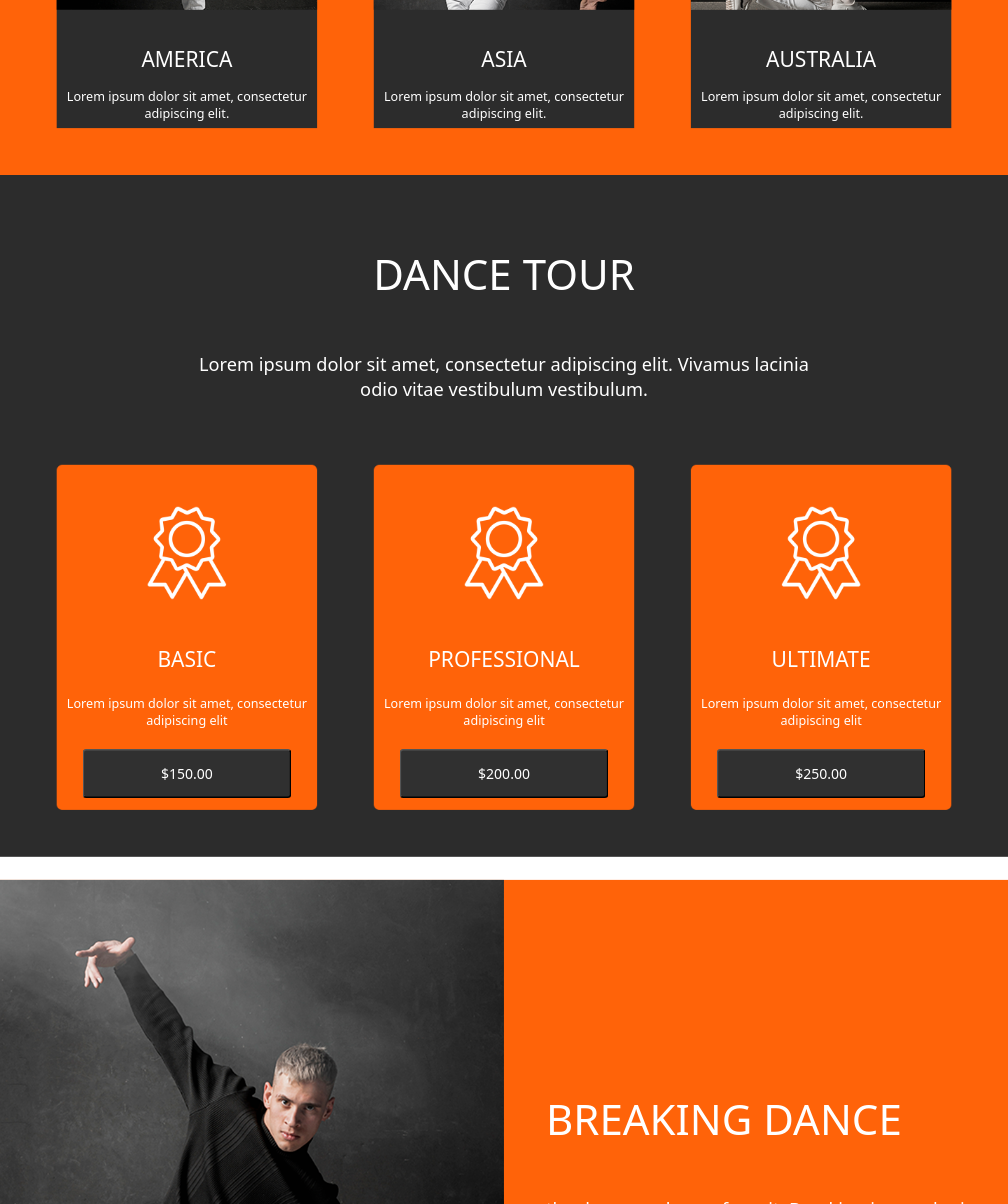
Repository: KinD2704/Web-University
Page: Bai30/index.html
An editor plug-in stored every save of this project. The page is shown before and after the next save, followed by the edit.
The browser window is 1280 px wide. The page is 1440 px wide, so the pictures cover 1440 px, including what lies to the right of the window. The pictures show the part of the page from y = 1520 to 3240 px (the page is 5699 px tall before and 5732 px after), at 70% of full size.

Above is the page before, as saved 2023-12-23 21:57:30.

After the next save:
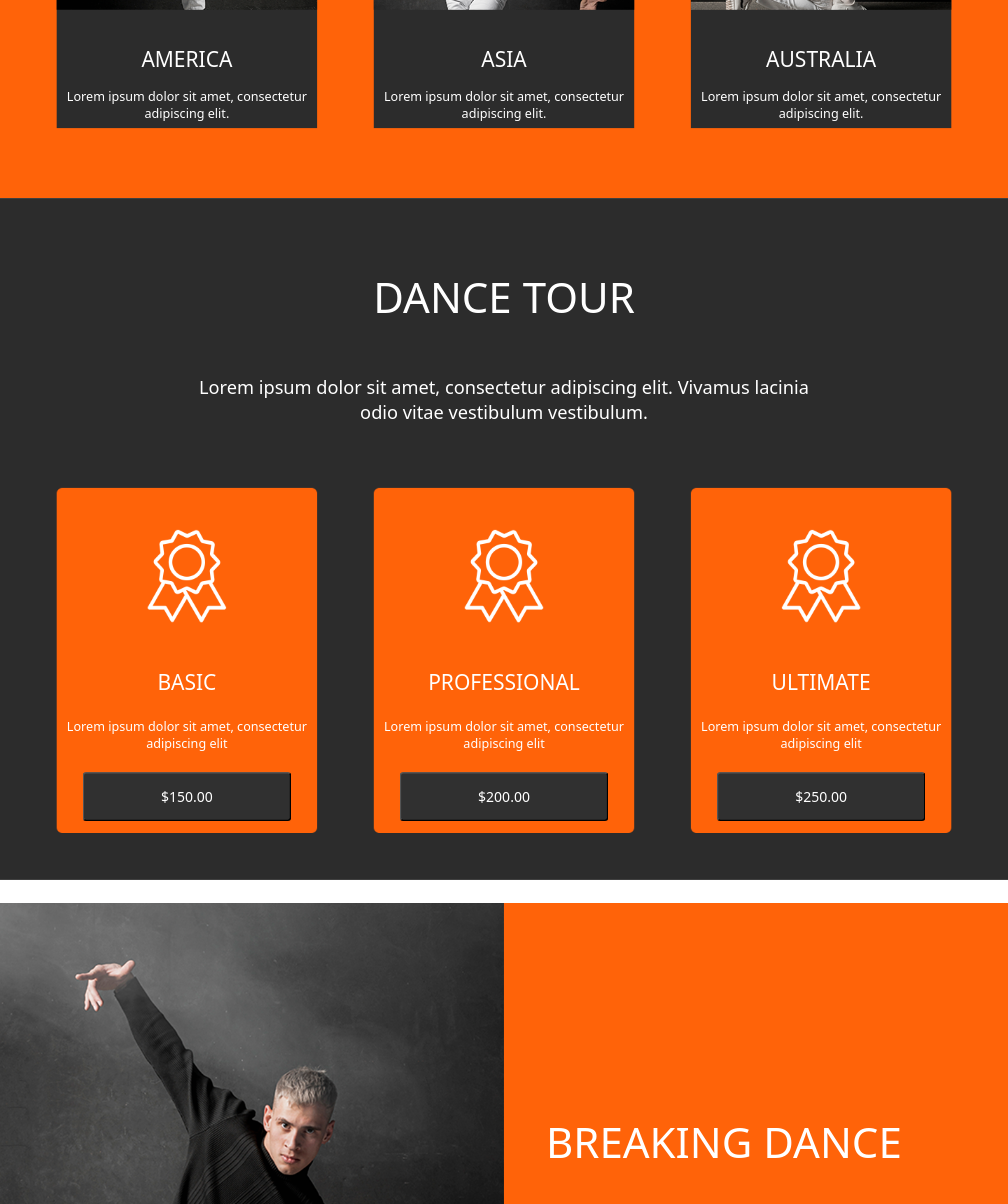
Saved 30 s later.
--- a/Bai30/index.html
+++ b/Bai30/index.html
@@ -30,7 +30,7 @@
         </header>
 
         <div class="banner1"></div>
-        <div class="banner2 h-974">
+        <div class="banner2">
             <div class="banner2__container">
                 <div class="banner2__text banner2__text1">
                     <p>Dance Tour</p>
